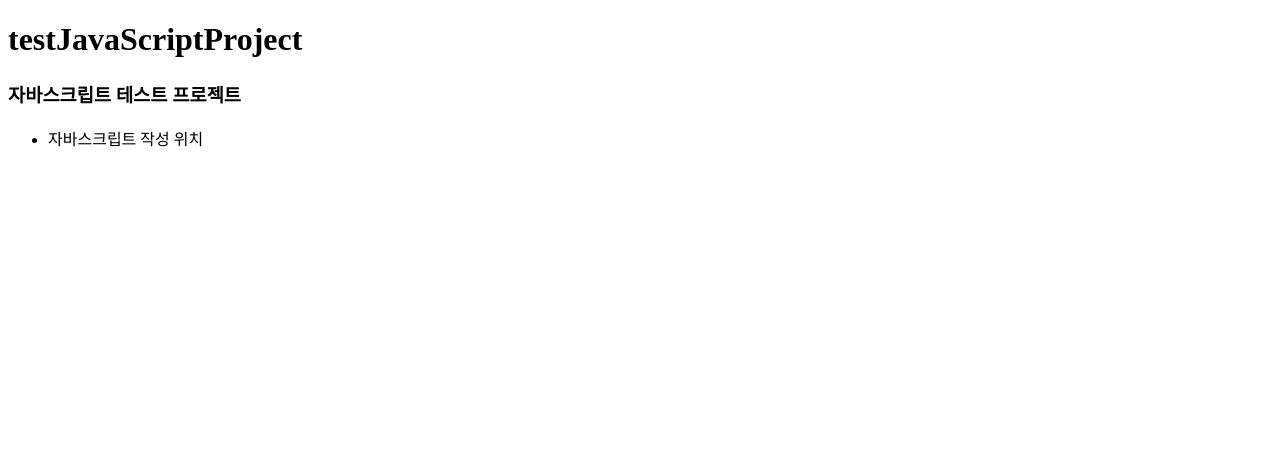
Repository: bianchi112/ict-data
Page: web_workspace/testJavaScriptProject/src/main/webapp/index.html
An editor plug-in stored every save of this project. The page is shown before and after the next save, followed by the edit.
The browser window is 1280 px wide. The pictures show the whole page.

Above is the page before, as saved 2024-09-03 01:02:12.

After the next save:
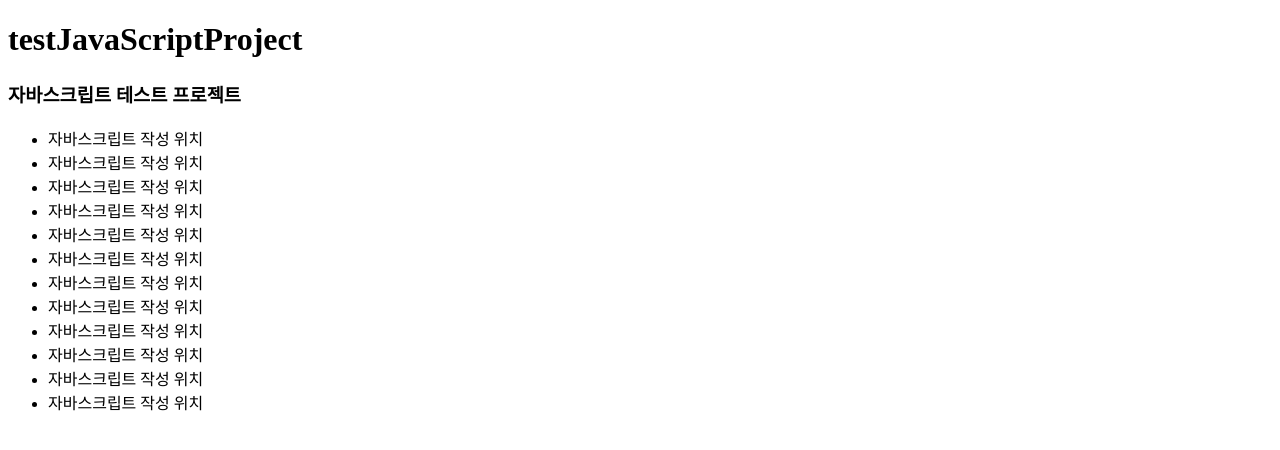
Saved 28 s later.
--- a/web_workspace/testJavaScriptProject/src/main/webapp/index.html
+++ b/web_workspace/testJavaScriptProject/src/main/webapp/index.html
@@ -11,6 +11,17 @@
 	<nav>
 		<ul>
 			<li><a>자바스크립트 작성 위치</a></li>
+			<li><a>자바스크립트 작성 위치</a></li>
+			<li><a>자바스크립트 작성 위치</a></li>
+			<li><a>자바스크립트 작성 위치</a></li>
+			<li><a>자바스크립트 작성 위치</a></li>
+			<li><a>자바스크립트 작성 위치</a></li>
+			<li><a>자바스크립트 작성 위치</a></li>
+			<li><a>자바스크립트 작성 위치</a></li>
+			<li><a>자바스크립트 작성 위치</a></li>
+			<li><a>자바스크립트 작성 위치</a></li>
+			<li><a>자바스크립트 작성 위치</a></li>
+			<li><a>자바스크립트 작성 위치</a></li>
 		</ul>
 	</nav>
 </header>
